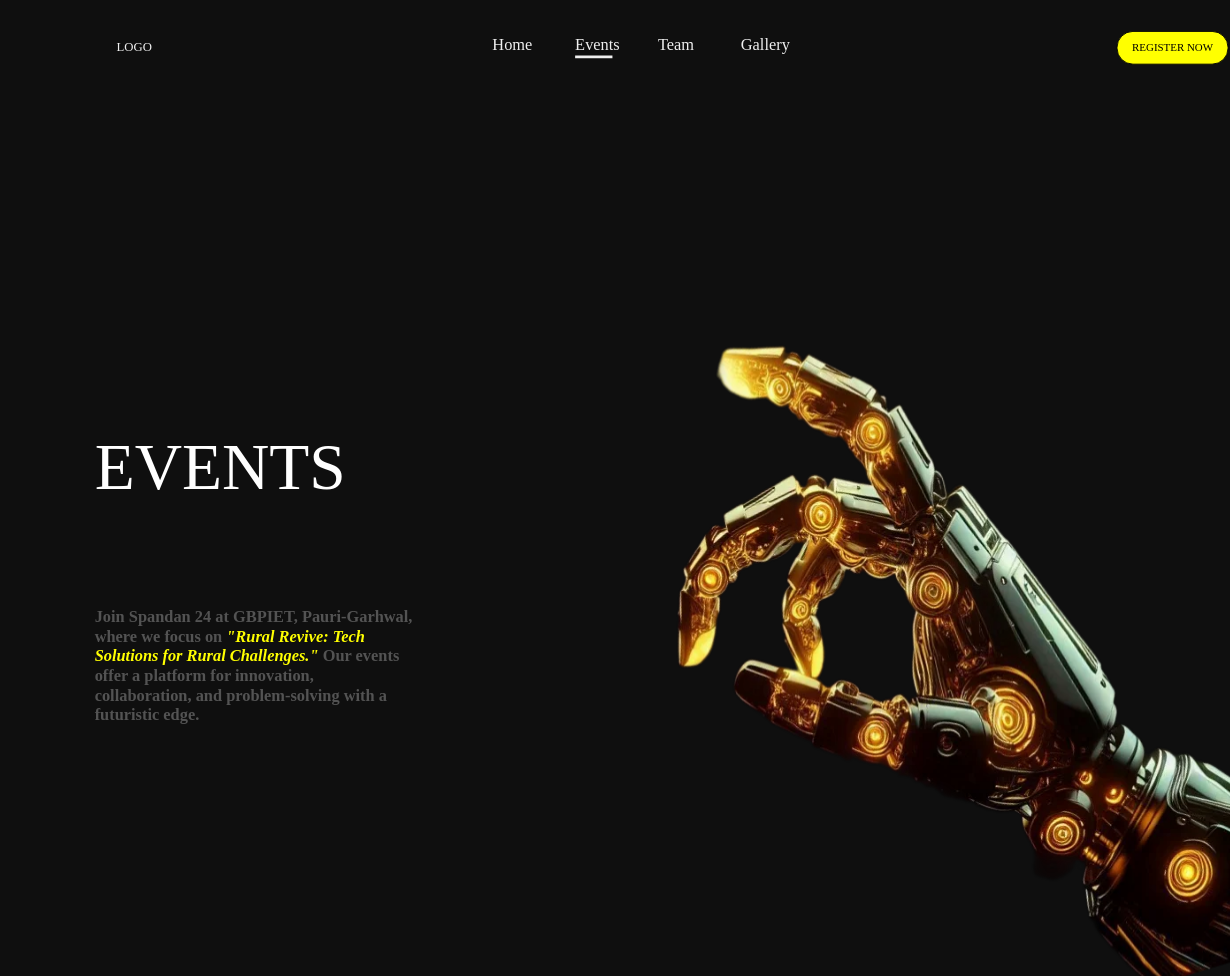
Repository: s4bbi/spandan-3.0
Page: /
An editor plug-in stored every save of this project. The page is shown before and after the next save, followed by the edit.
The browser window is 1280 px wide. The page is 1352 px wide, so the pictures cover 1352 px, including what lies to the right of the window. The pictures show the whole page, at 91% of full size.
The project was rebuilt for these pictures with package versions that can differ from the ones it lists, and the page was loaded fresh each time. Also part of the build but not shown: vite.config.js, src/pages/Events/Events.jsx.

Above is the page before, as saved 2024-11-02 02:56:44.

After the next save:
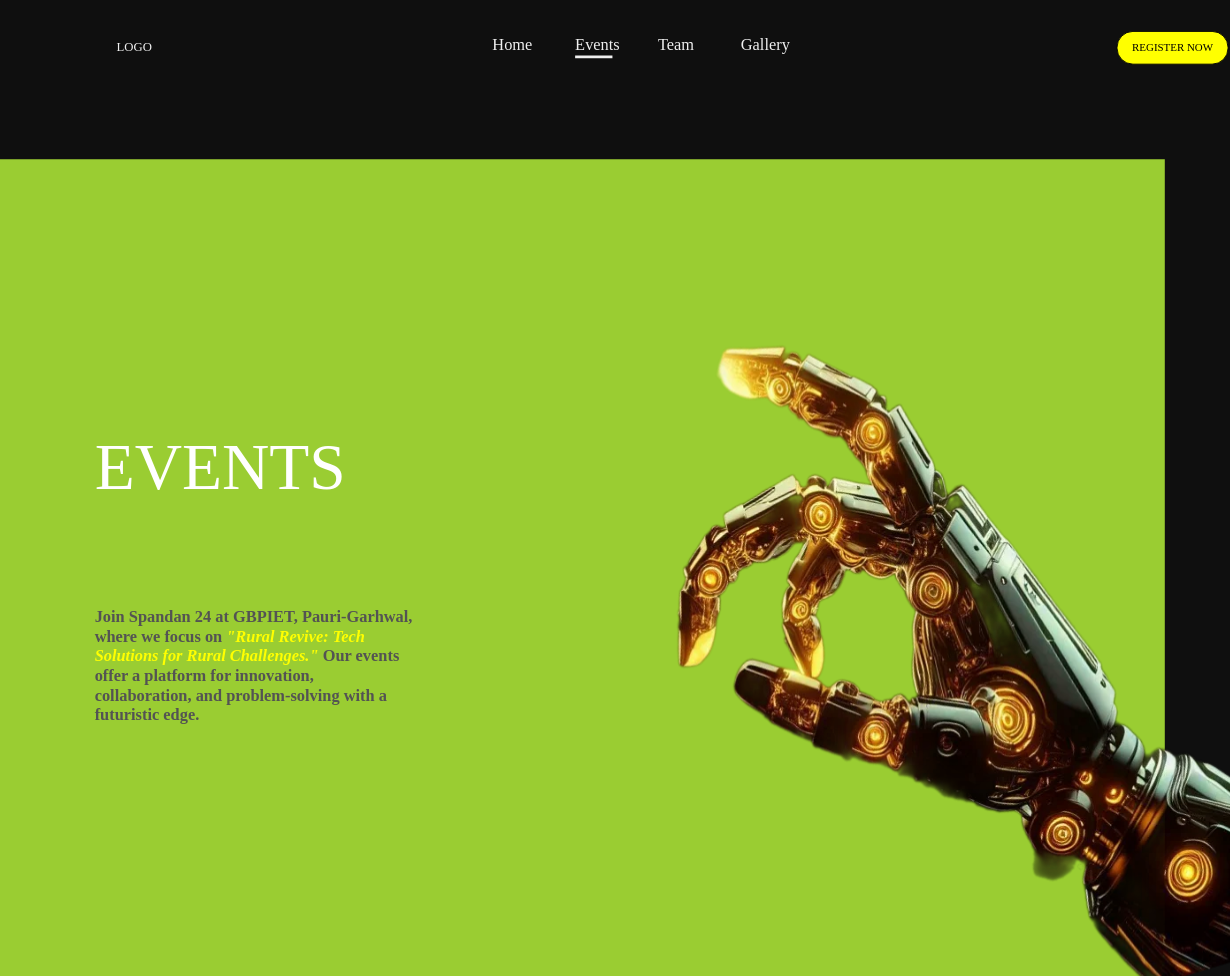
Saved 5 s later.
--- a/src/components/HeroSection/HeroSection.css
+++ b/src/components/HeroSection/HeroSection.css
@@ -3,7 +3,7 @@
     align-items: center;
     justify-content: space-between;
     margin-top: 104px;
-    background-color: ;
+    background-color: yellowgreen;
     /* padding-top: 50px;
     max-width: 1200px;
     margin: 192px; */
